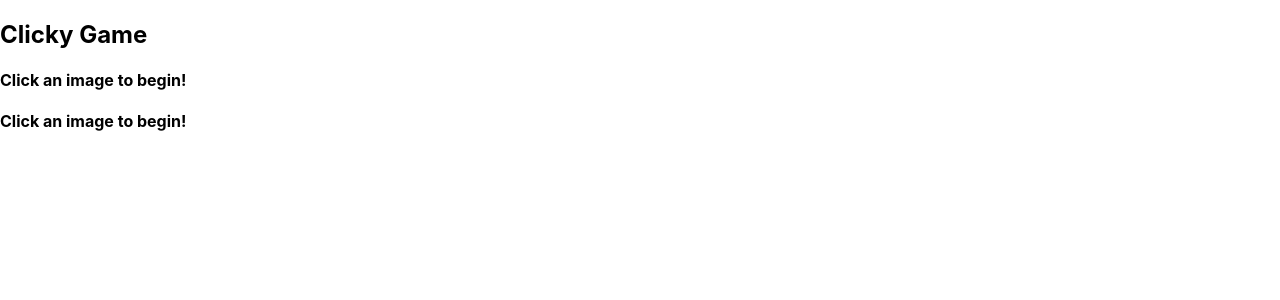
Repository: vivianuol/Clicky-game
Page: /
These files come from the project's save history. The page is drawn as it stood at one moment and after the next save; the edit follows.
The browser window is 1280 px wide. The pictures show the whole page.
The project was rebuilt for these pictures with package versions that can differ from the ones it lists, and the page was loaded fresh each time. Also part of the build but not shown: src/App.css.

Above is the page before, as saved 2019-01-12 10:41:55.

### src/App.js
import React, { Component } from 'react';
import logo from './logo.svg';
import './App.css';
import Header from "./components/Header"

class App extends Component {
  render() {
    return (
      <div>
        <Header />
        {/* <Jumbotron />
        <Cards />
        <Footer /> */}
      </div>
    )
  }
}

export default App;

### src/components/Header.js
import React from "react";
import { Grid, Row, Col } from 'react-bootstrap';
import { Navbar, Nav } from 'react-bootstrap';

export default class Header extends


    React.Component {
    render() {
        return (
            // <Navbar>
                <Grid>
                <Row className="show-grid">
                    <Col md={4}>
                        <h2>Clicky Game</h2>
                    </Col>
                    <Col md={4}>
                        <h4>Click an image to begin!</h4>
                    </Col>
                    <Col md={4}>
                        <h4>Click an image to begin!</h4>
                    </Col>
                </Row>
                </Grid>
            // </Navbar>
        );
    }
}

Loaded but not shown: public/index.html (common file); src/index.js (common file); src/index.css (common file); src/serviceWorker.js (common file)

After the next save:
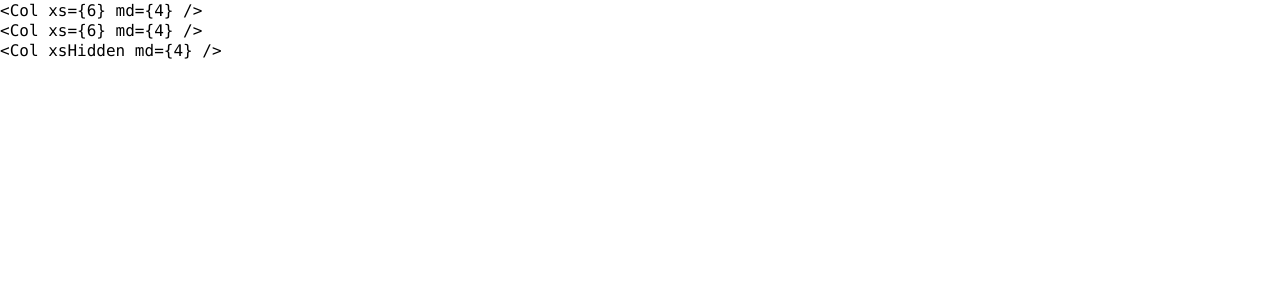
Saved 88 s later.
--- a/src/components/Header.js
+++ b/src/components/Header.js
@@ -9,19 +9,19 @@
     render() {
         return (
             // <Navbar>
-                <Grid>
+            <Grid>
                 <Row className="show-grid">
-                    <Col md={4}>
-                        <h2>Clicky Game</h2>
+                    <Col xs={6} md={4}>
+                        <code>{'<Col xs={6} md={4} />'}</code>
                     </Col>
-                    <Col md={4}>
-                        <h4>Click an image to begin!</h4>
+                    <Col xs={6} md={4}>
+                        <code>{'<Col xs={6} md={4} />'}</code>
                     </Col>
-                    <Col md={4}>
-                        <h4>Click an image to begin!</h4>
+                    <Col xsHidden md={4}>
+                        <code>{'<Col xsHidden md={4} />'}</code>
                     </Col>
                 </Row>
-                </Grid>
+            </Grid>
             // </Navbar>
         );
     }
